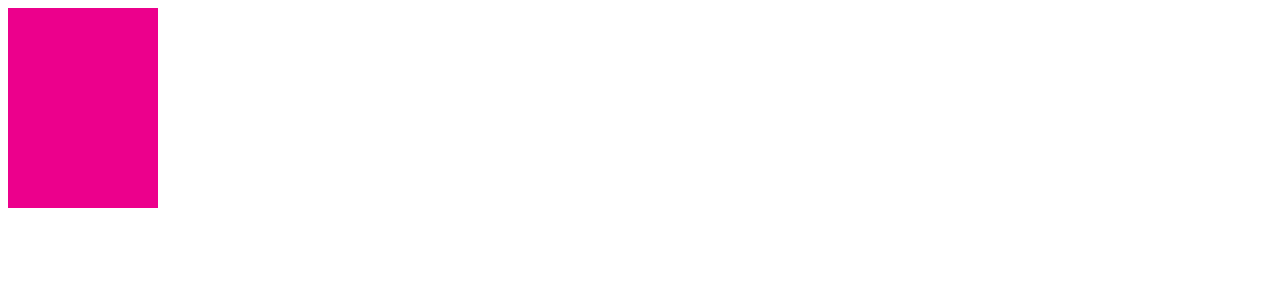
Repository: ConnyPinto/connypinto.github.io
Page: studio/chance-game/test.html
The author's editor kept a record of every edit. The page is drawn from the files as they stood at one moment, then again after the next edit.
The browser window is 1280 px wide. The pictures show the whole page.
Pictures or frames that could not be fetched are drawn as grey boxes. Some web libraries are served in a nearby version.

Above is the page before.

After the next edit:
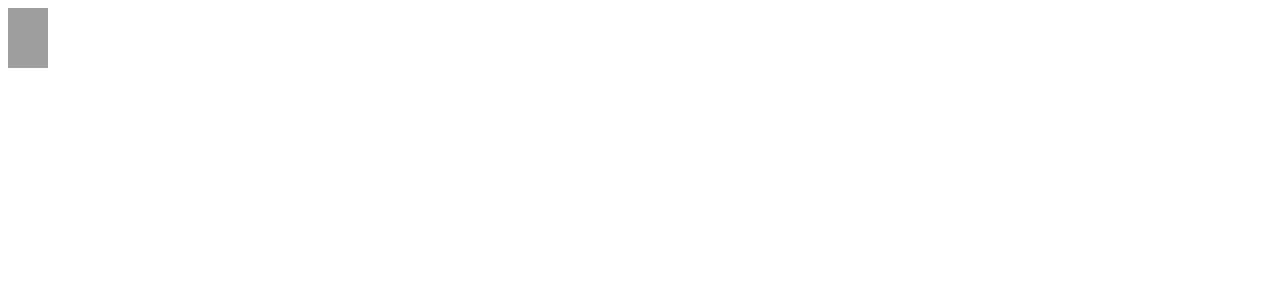
The edit:
--- a/studio/chance-game/test.html
+++ b/studio/chance-game/test.html
@@ -13,8 +13,7 @@
 
     <div class="dot first-dot"></div>
 
-     <img alt="" src="images/test-images-01.png"
-     id="imgClickAndChange" onclick="changeImage()"  />
+     <div class="profile"></div>
 
 
 </body>
